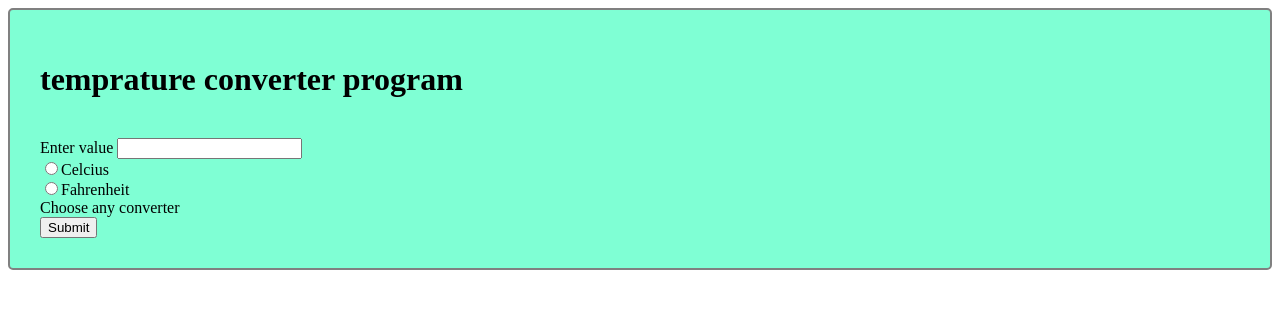
Repository: albinsabu2023/Stopwatch-program
Page: index.html
The author's editor kept a copy of each file at every save. The page is drawn from the files as they stood at one save, then again after the next save.
The browser window is 1280 px wide. The pictures show the whole page.

Above is the page before, as saved 2023-03-02 23:07:58.

After the next save:
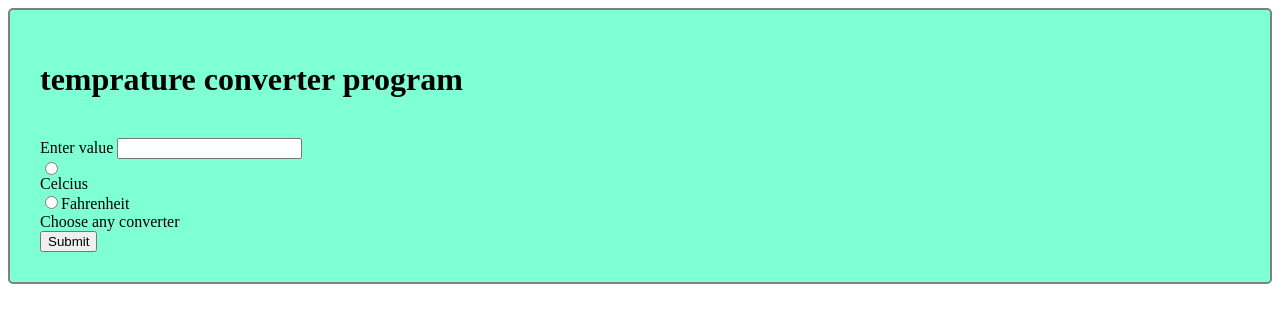
Saved 19 s later.
--- a/style.css
+++ b/style.css
@@ -4,3 +4,6 @@
     border-radius: 5px;
     background-color: aquamarine;
 }
+#cel{
+    display: flex;
+}
